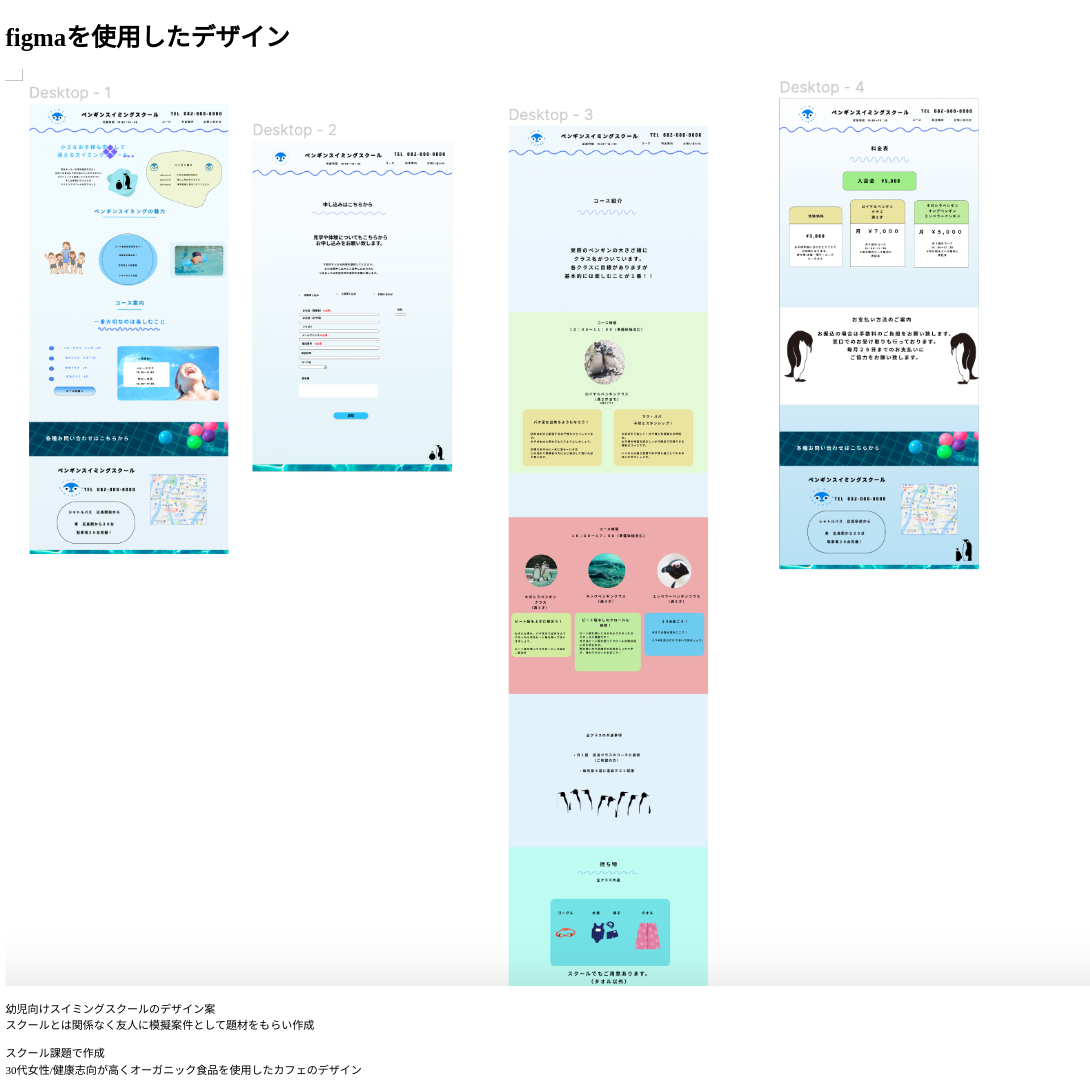
Repository: oninopantsu/onomann
Page: figma.html
The author's editor kept a copy of each file at every save. The page is drawn from the files as they stood at one save, then again after the next save.
The browser window is 1280 px wide. The page is 1580 px wide, so the pictures cover 1580 px, including what lies to the right of the window. The pictures show the whole page, at 69% of full size.

Above is the page before, as saved 2021-08-17 12:14:41.

After the next save:
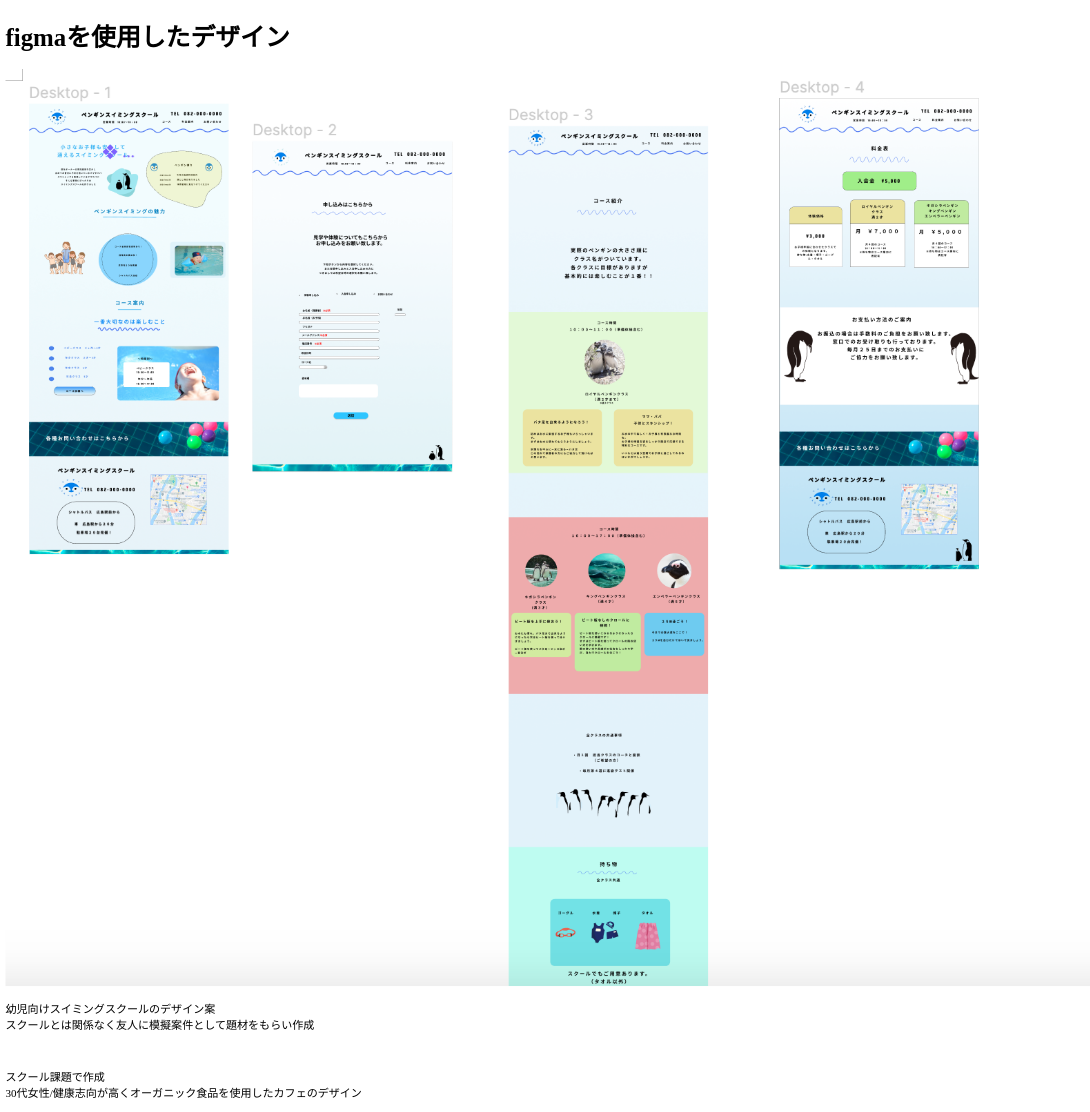
Saved 4 s later.
--- a/figma.html
+++ b/figma.html
@@ -20,7 +20,7 @@
   <br>スクールとは関係なく友人に模擬案件として題材をもらい作成
 </p>
 
-<a href="https://www.figma.com/file/KXfvIzwfq0REqEZ7dxTu8g/cafe-mona-p?node-id=0%3A1"></a>
+<a href="https://www.figma.com/file/KXfvIzwfq0REqEZ7dxTu8g/cafe-mona-p?node-id=0%3A1"><img src="" alt=""></a>
 <p>スクール課題で作成
   <br>30代女性/健康志向が高くオーガニック食品を使用したカフェのデザイン
 </p>
